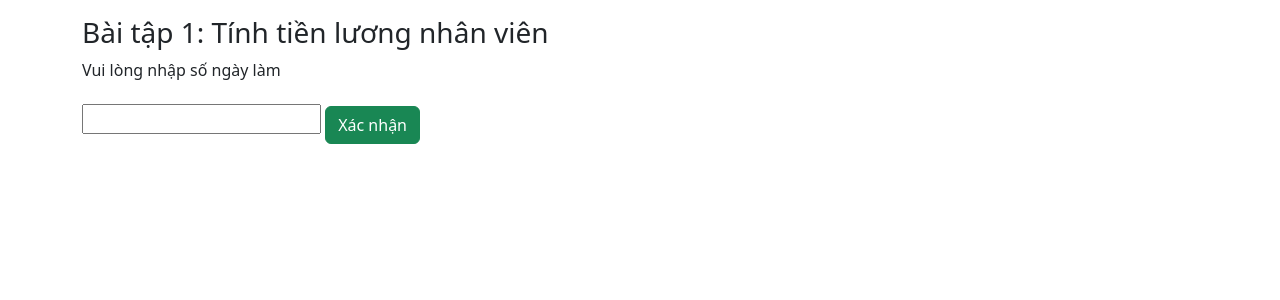
Repository: hcozyph/TranHuuPhuoc_BC43_BT_JS_Buoi2
Page: index.html
An editor plug-in stored every save of this project. The page is shown before and after the next save, followed by the edit.
The browser window is 1280 px wide. The pictures show the whole page.

Above is the page before, as saved 2023-01-21 19:59:14.

After the next save:
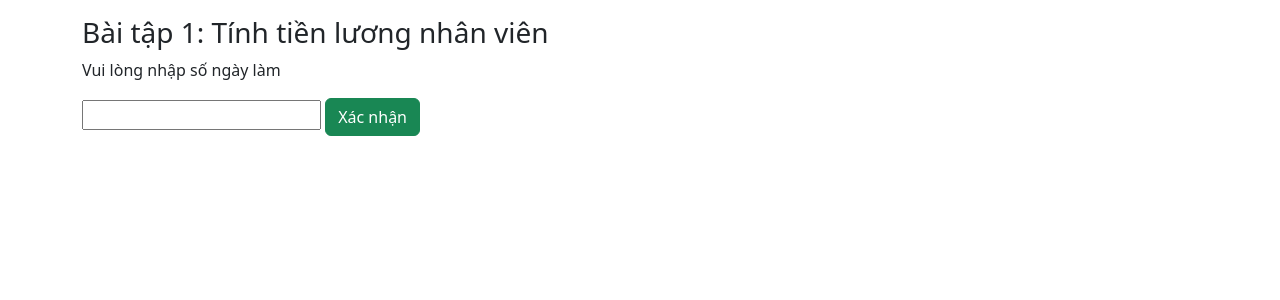
Saved 6 s later.
--- a/index.html
+++ b/index.html
@@ -36,7 +36,7 @@
                 <h1 class="fs-3 mt-3">Bài tập 1: Tính tiền lương nhân viên</h1>
                 <p>Vui lòng nhập số ngày làm</p>
                 <input type="send" />
-                <button class="btn btn-success mt-2" id="btnNhapSo">
+                <button class="btn btn-success mt-0" id="btnNhapSo">
                     Xác nhận
                 </button>
             </div>
